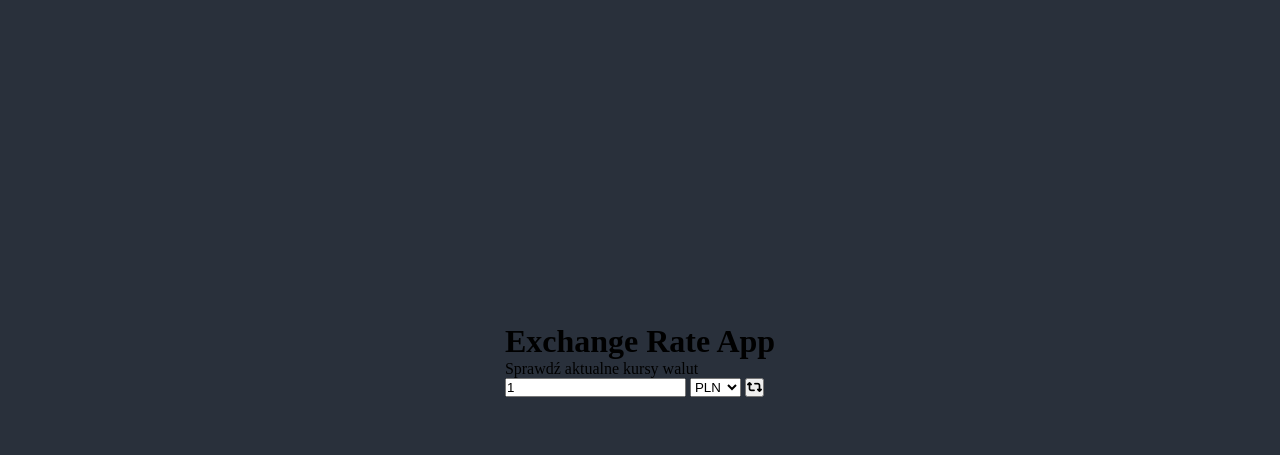
Repository: KrzysKolo/Projekt-6_Kantor
Page: index.html
The author's editor kept a copy of each file at every save. The page is drawn from the files as they stood at one save, then again after the next save.
The browser window is 1280 px wide. The pictures show the whole page.
Some web fonts or font styles are not loaded; a fallback is used. Some web libraries are served in a nearby version.

Above is the page before, as saved 2020-07-12 05:38:11.

After the next save:
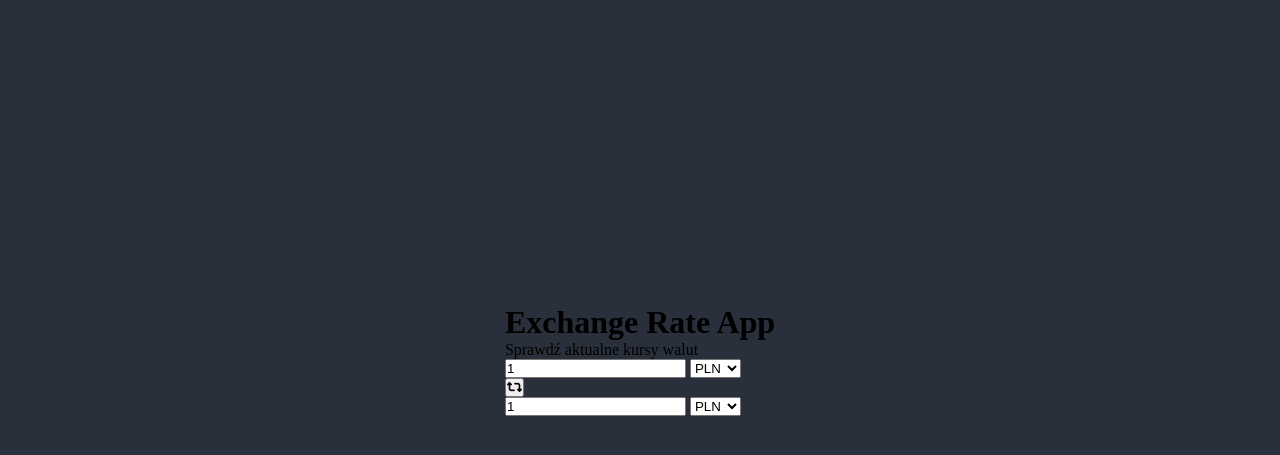
Saved 86 s later.
--- a/index.html
+++ b/index.html
@@ -30,9 +30,20 @@
             <option value="CHF">CHF</option>
             <option value="JPY">JPY</option>
           </select>
-          <button class="swap">
-            <i class="fas fa-retweet"></i>
-          </button>
+        </div>
+        <button class="swap">
+          <i class="fas fa-retweet"></i>
+        </button>
+        <div class="section-right">
+          <input type="number" class="amount-two" value="1" />
+          <select name="currency-two">
+            <option value="PLN" selected>PLN</option>
+            <option value="USD">USD</option>
+            <option value="GBP">GBP</option>
+            <option value="EUR">EUR</option>
+            <option value="CHF">CHF</option>
+            <option value="JPY">JPY</option>
+          </select>
         </div>
       </div>
       <p class="rate-info"></p>
